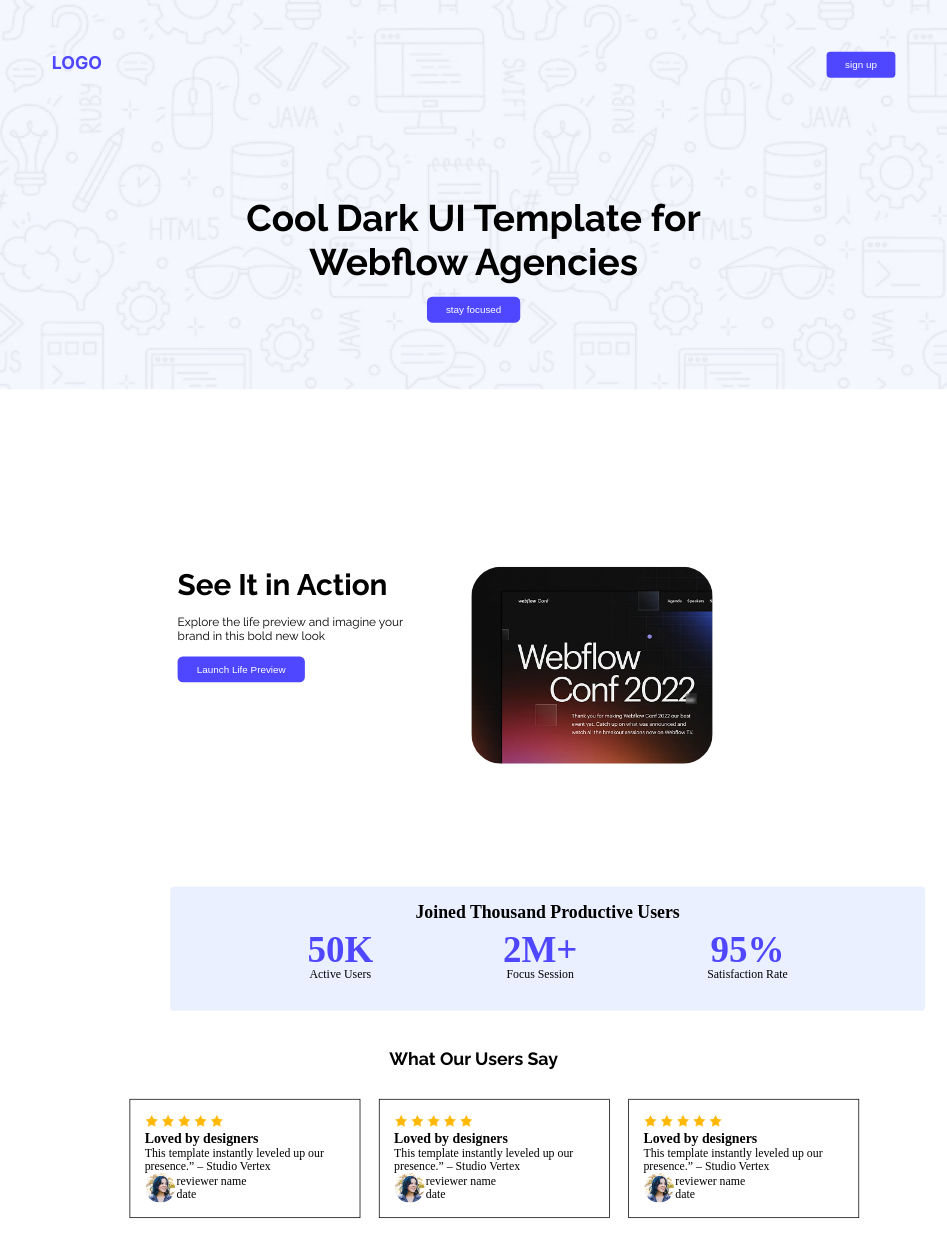
Repository: dollyrakhe22/landing-launchpad
Page: index.html
An editor plug-in stored every save of this project. The page is shown before and after the next save, followed by the edit.
The browser window is 1280 px wide. The pictures show the whole page, at 74% of full size.

Above is the page before, as saved 2025-07-11 04:39:08.

### index.html
<!DOCTYPE html>
<html lang="en">
<head>
    <meta charset="UTF-8">
    <meta name="viewport" content="width=device-width, initial-scale=1.0">
    <title>Landing Launchpad</title>
    <link rel="preconnect" href="https://fonts.googleapis.com">
    <link rel="preconnect" href="https://fonts.googleapis.com">
<link rel="preconnect" href="https://fonts.gstatic.com" crossorigin>
<link href="https://fonts.googleapis.com/css2?family=Inter:ital,opsz,wght@0,14..32,100..900;1,14..32,100..900&family=Open+Sans:ital,wght@0,300..800;1,300..800&family=Raleway:ital,wght@0,100..900;1,100..900&display=swap" rel="stylesheet">
    <link rel="stylesheet" href="style.css">
   </head>
   <body>
    <header>

        <nav>
         <h2 class="inter-normal">LOGO</h2>
            <a href="#"><button>sign up</button></a>
        </nav>
        <div class="banner-section">
             <h1 class="raleway-normal" >Cool Dark UI Template for <br>Webflow Agencies</h1><br>
            <a href=""><button class="button-container">stay focused</button></a>
        </div>
    </header>
    <main>
           <!--action-container--->
           <div class="section-1">
            <div >
                <h3 class="raleway-normal">See It in Action</h3><br>
                <p class="raleway-normal" >Explore the life preview and imagine your<br>brand in this bold new look</p><br>
                 <a href=""><button class="button-container">Launch Life Preview</button></a>
                 </div>
                <div>
                     <img src="Assets/wc-mini.png" weight="90%"height="80%"
                     alt="" srcset="">
                </div>
            </div>
           <!--Users-Section-->
           <section class="users-container">
            <h1>Joined Thousand Productive Users</h1>
            <div class="contain">
                 <div>
                <h1>50K</h1>
                <p>Active Users</p>
            </div>
            <div>
                <h1>2M+</h1>
                <p>Focus Session</p>
            </div>
            <div>
                <h1>95%</h1>
                <p>Satisfaction Rate</p>
            </div>
            </div>


           </section>
            <!--Review-Card-->
            <section class="review-card">
                <h1 class="raleway-normal">What Our Users Say</h1>
                <div class="review-box">


                    <div class="box-1">
                 <div class="stars">
                   <img src="Assets/icon-star.png" alt="" srcset="">
                   <img src="Assets/icon-star.png" alt="" srcset="">
                   <img src="Assets/icon-star.png" alt="" srcset="">
                   <img src="Assets/icon-star.png" alt="" srcset="">
                   <img src="Assets/icon-star.png" alt="" srcset="">
                </div>
                <h3>Loved by designers</h3>
                <p>This template instantly leveled up our<br> presence.” – Studio Vertex</p>
                <div class="avater">
                <div class="user-details">
                    <img src="Assets/avatar.png" alt="" srcset="">

                <p>reviewer name<br>date</p>

                </div>
                </div>

               </div>

                <div class="box-1">
                     <div class="stars">
                   <img src="Assets/icon-star.png" alt="" srcset="">
                   <img src="Assets/icon-star.png" alt="" srcset="">
                   <img src="Assets/icon-star.png" alt="" srcset="">
                   <img src="Assets/icon-star.png" alt="" srcset="">
                   <img src="Assets/icon-star.png" alt="" srcset="">
                </div>
                <h3>Loved by designers</h3>
                <p>This template instantly leveled up our<br> presence.” – Studio Vertex</p>
                <div class="avater">
                <div class="user-details">
                    <img src="Assets/avatar.png" alt="" srcset="">

                <p>reviewer name<br>date</p>

                </div>
                </div>
                </div>



                <div class="box-1">
                         <div class="stars">
                   <img src="Assets/icon-star.png" alt="" srcset="">
                   <img src="Assets/icon-star.png" alt="" srcset="">
                   <img src="Assets/icon-star.png" alt="" srcset="">
                   <img src="Assets/icon-star.png" alt="" srcset="">
                   <img src="Assets/icon-star.png" alt="" srcset="">
                </div>
                <h3>Loved by designers</h3>
                <p>This template instantly leveled up our<br> presence.” – Studio Vertex</p>
                <div class="avater">
                <div class="user-details">
                    <img src="Assets/avatar.png" alt="" srcset="">

                <p>reviewer name<br>date</p>

                </div>
                </div>
                </div>
                </div>



            </section>

    </main>
    <footer>

    </footer>
</body>
</html>

### style.css
*{
    padding: 0;
    margin: 0;
}


.inter-normal {
  font-family: "Inter", sans-serif;
  font-optical-sizing: auto;
  font-style: normal;
}
header{
    background-image: url("Assets/Hero-bg.png");


}
/*nav style*/
h2{
    color:#4E47FF;
   font-weight:bolder;


}
nav{
    display: flex;
    justify-content: space-between;
    padding: 70px;
}
nav button{
    text-decoration: none;
    padding: 10px 25px;
    background-color:#4E47FF ;
    color:white;
    border-radius: 5px;
    border: none;


}

.raleway-normal{
  font-family: "Raleway", sans-serif;
  font-optical-sizing: auto;
  font-style: normal;
}
.banner-section{
    text-align: center;
    padding: 90px;
}
.banner-section h1{
    font-weight: bolder;
    font-size: 50px;
}
.button-container{
     padding: 10px 26px;
    background-color:#4E47FF ;
    color:white;
    border-radius: 7px;
    border: none;

}
/*action-container*/

.section-1{
    display: flex;
    justify-content: space-between;
    padding: 50px;
    margin: 190px;

}
.section-1 h3{
    font-size: 40px;
}
.section-1  p{

}
.section-1 img{
    border-radius: 40px;


}
/*Users- Section*/
.users-container{

    text-align: center;
    border: none;
    background-color: #eaf0ff;
    max-width: 1000px;
    padding:10px;
    margin: 0px 0px 0px 230px;
    margin-bottom: 50px;
    margin-top: -140px;
    border-radius: 5px;


}
.users-container h1{
    line-height: 50px;
}
.contain{
    display: flex;
    justify-content: center;
    justify-content: space-evenly;
    margin-bottom: 30px;



}
.contain h1{
    color: #4E47FF ;
    font-weight: bold;
    font-size: 50px;

}
/*Review-Card*/

   .box-1{
    border: 1px solid black;
    width:270px;
    padding: 20px;
    margin-right: 5px;
   }
.review-box{
    display: flex;
    justify-content: center;
    gap: 20px;
    margin: 40px 0px 40px 60px;

}

.review-card h1{
    text-align: center;
}
.user-details img{
    border-radius: 50%;
}
.user-details{
    display: flex;
    align-items: center;
    gap:2px;
}

After the next save:
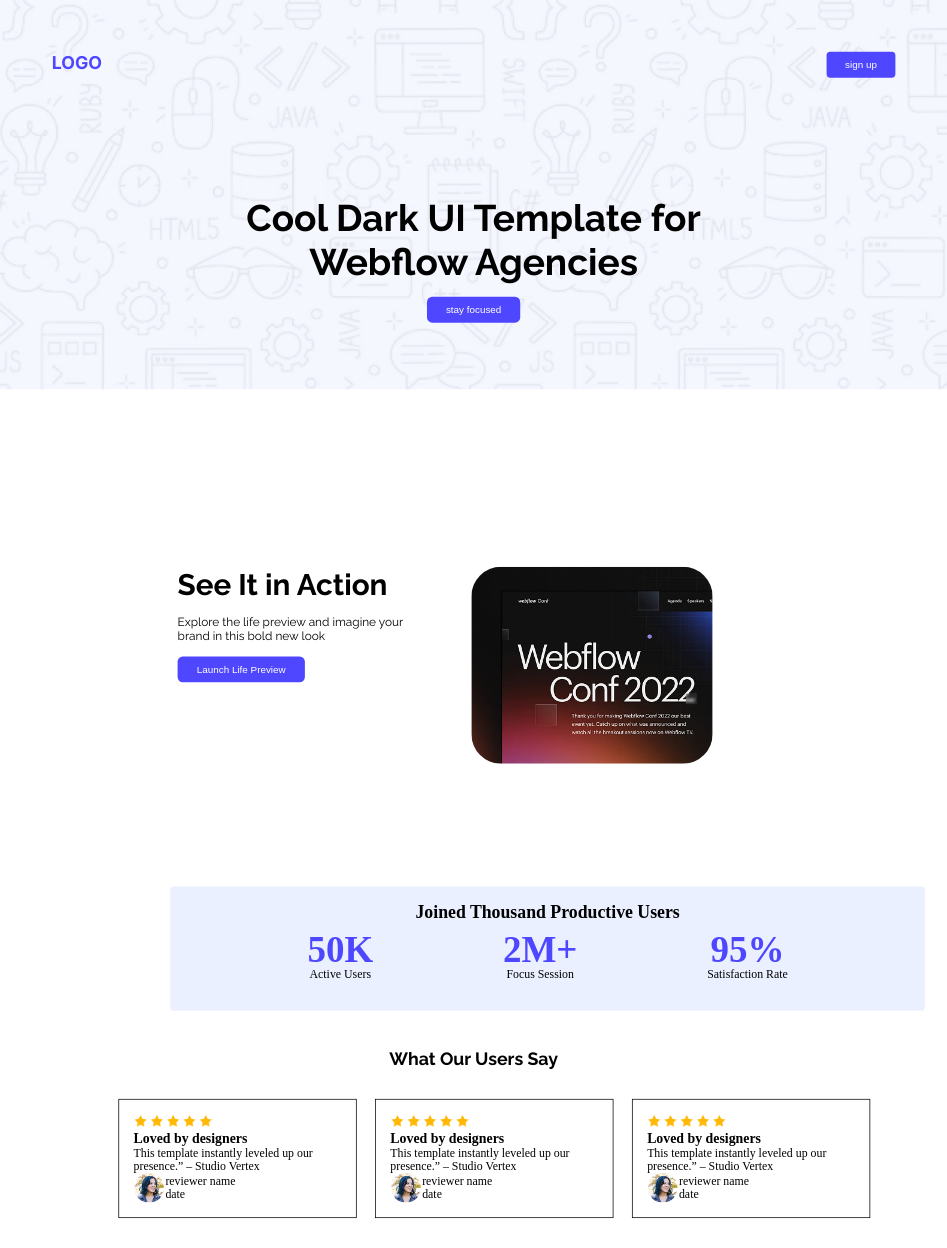
Saved 13 s later.
--- a/style.css
+++ b/style.css
@@ -115,7 +115,7 @@ nav button{
 
    .box-1{
     border: 1px solid black;
-    width:270px;
+    width:280px;
     padding: 20px;
     margin-right: 5px;
    }
